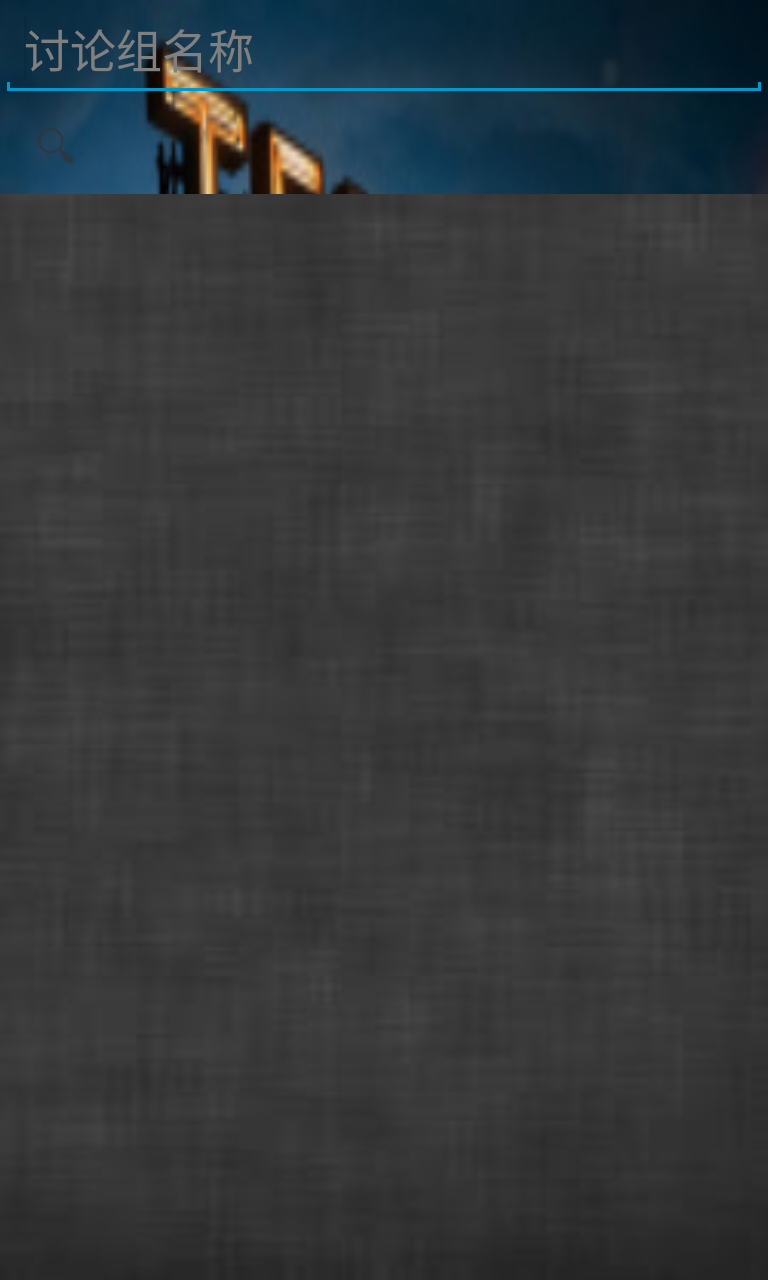
Repository: aojue/HappyAA
Layout: HappyAA/res/layout/creat_tell.xml
An editor plug-in stored every save of this project. The layout is shown before and after the next save, followed by the edit.
It is drawn on a 768 x 1280 px phone screen (xhdpi) without system bars, with theme AppTheme; the app's code is not run. Lists and similar views that code fills are empty.

Above is the layout before, as saved 2014-10-26 03:12:44.

### HappyAA/res/layout/creat_tell.xml
<?xml version="1.0" encoding="utf-8"?>

    <LinearLayout xmlns:android="http://schemas.android.com/apk/res/android"
        xmlns:tools="http://schemas.android.com/tools"
        android:id="@+id/Linearlayout2"
        android:layout_width="fill_parent"
        android:layout_height="fill_parent"
        android:orientation="vertical"
        tools:context=".CreatTell"
    	android:background="@drawable/ic_lb_d">

        <EditText
            android:id="@+id/editText1"
            android:layout_width="match_parent"
            android:layout_height="wrap_content"
            android:ems="10"
            android:hint="讨论组名称"
            android:inputType="text"
            android:textSize="23sp"
            android:layout_gravity="center_vertical">

            <requestFocus />
        </EditText>

        <SearchView
            android:id="@+id/searchView1"
            android:layout_width="wrap_content"
            android:layout_height="wrap_content">
        </SearchView>

        <ListView
                android:id="@+id/ls_people"
                android:layout_width="fill_parent"
                android:layout_height="fill_parent"
                android:layout_marginBottom="0dp"
                android:layout_weight="1"
                android:cacheColorHint="#00000000"
        		android:dividerHeight="0dp"
        		android:focusableInTouchMode="true"
        		android:background="@drawable/ic_lb_e">
            </ListView>

    </LinearLayout>

Loaded but not shown: HappyAA/res/values/styles.xml (common file); HappyAA/res/values-v11/styles.xml (common file); HappyAA/res/values-v14/styles.xml (common file)

After the next save:
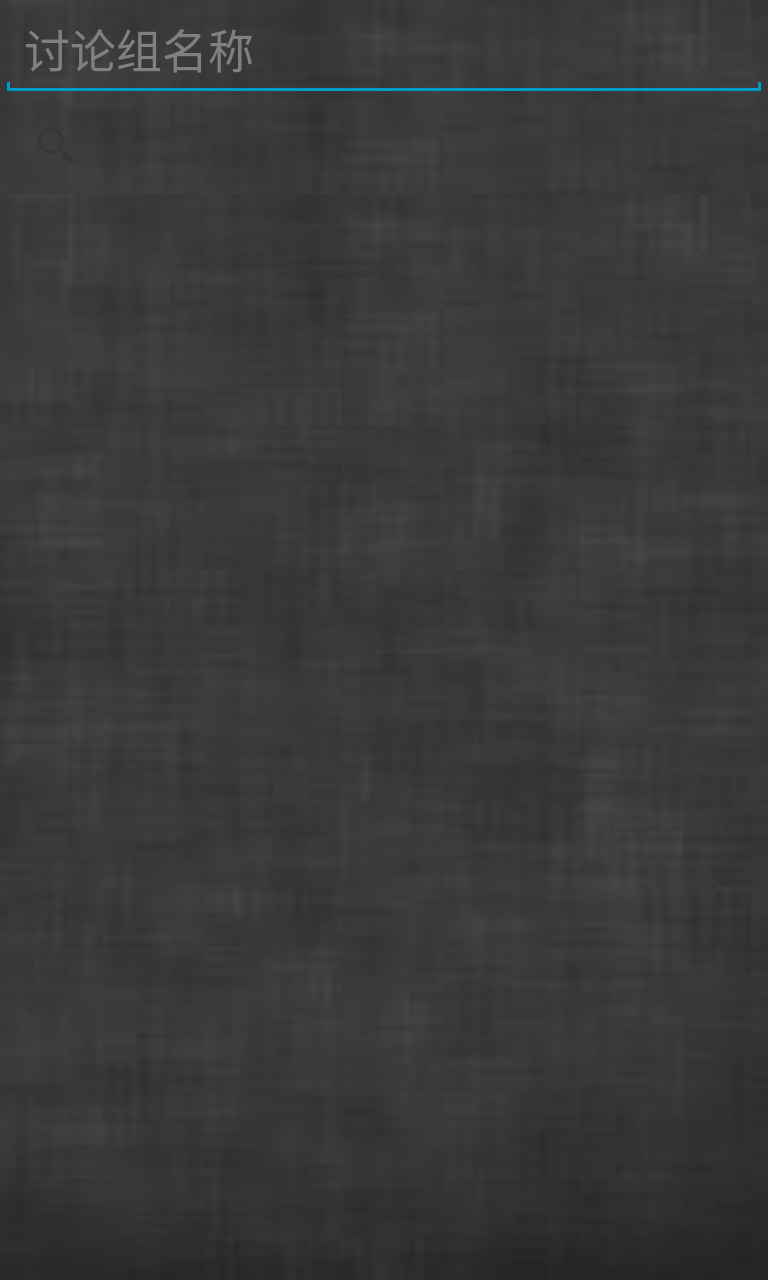
Saved 52 s later.
--- a/HappyAA/res/layout/creat_tell.xml
+++ b/HappyAA/res/layout/creat_tell.xml
@@ -7,7 +7,7 @@
         android:layout_height="fill_parent"
         android:orientation="vertical"
         tools:context=".CreatTell"
-    	android:background="@drawable/ic_lb_d">
+    	android:background="@drawable/ic_lb_e">
 
         <EditText
             android:id="@+id/editText1"
